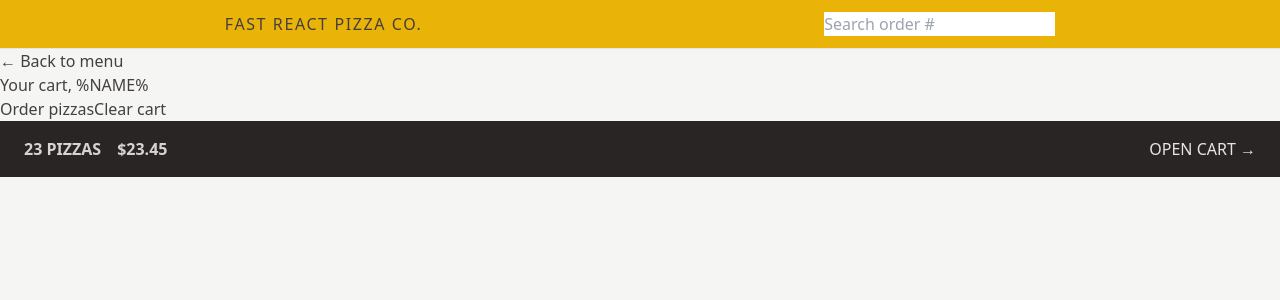
Repository: masamichan/pizza-vite
Page: /cart
These files come from the project's save history. The page is drawn as it stood at one moment and after the next save; the edit follows.
The browser window is 1280 px wide. The pictures show the whole page.
The project was rebuilt for these pictures with package versions that can differ from the ones it lists, and the page was loaded fresh each time. Also part of the build but not shown: vite.config.js, src/ui/Home.jsx, src/services/apiRestaurant.js, src/utils/helpers.js, src/features/menu/MenuItem.jsx, src/features/menu/Menu.jsx, src/features/order/CreateOrder.jsx, src/features/order/Order.jsx and 2 more. Imported but missing from the stored project, and not drawn on this page: src/features/user/CreateUser.

Above is the page before, as saved 2023-12-22 10:25:31.

After the next save:
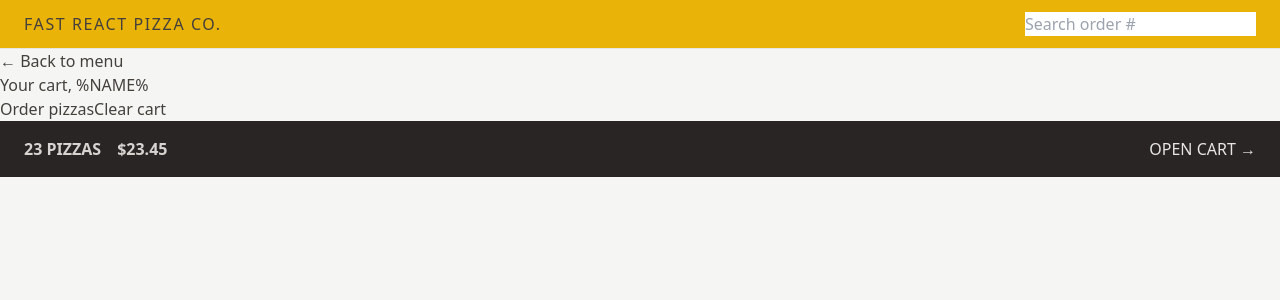
Saved 44 s later.
--- a/src/ui/Header.jsx
+++ b/src/ui/Header.jsx
@@ -4,7 +4,7 @@ import UserName from '../features/user/UserName';
 
 function Header() {
   return (
-    <header className="flex items-center justify-around border-b border-stone-200 bg-yellow-500 px-4 py-3 uppercase sm:px-6">
+    <header className="flex items-center justify-between border-b border-stone-200 bg-yellow-500 px-4 py-3 uppercase sm:px-6">
       <Link to="/" className="tracking-widest">
         Fast React Pizza Co.
       </Link>
